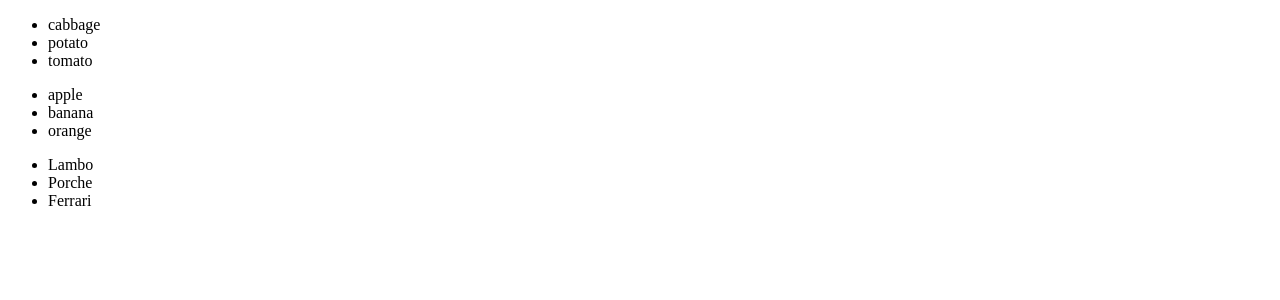
Repository: albinsabu2023/Stopwatch-program
Page: index.html
These files come from the project's save history. The page is drawn as it stood at one moment and after the next save; the edit follows.
The browser window is 1280 px wide. The pictures show the whole page.

Above is the page before, as saved 2023-03-03 15:05:53.
Console error: TypeError: Cannot read properties of null (reading 'parentElement')

### index.html
<!DOCTYPE html>

<head>
    <meta charset="UTF-8">
    <meta http-equiv="X-UA-Compatible" content="IE=edge">
    <meta name="viewport" content="width=device-width, initial-scale=1.0">
    <link rel="stylesheet" href="style.css">
    <title>Document</title>
</head>

    <ul class="vegatables">
        <li>cabbage</li>
        <li>potato</li>
        <li>tomato</li>
    </ul>
    <ul class="fruits">
        <li>apple</li>
        <li>banana</li>
        <li>orange</li>
    </ul>
    <ul class="cars">
        <li>Lambo</li>
        <li>Porche</li>
        <li>Ferrari</li>
    </ul>
    <script src="index.js"></script>
</body>
</html>

### style.css
.c-1{
    padding: 30px;
    border: 2px solid gray;
    border-radius: 5px;
    background-color: aquamarine;
}
#cel,#far{
    margin-bottom: 20px;
}
#submit{
    background-color: blanchedalmond;
    border:none;
    display: felx;
    background-color: aqua;

}
#submit:hover{
    background-color: blue;

}

### index.js
let element = document.querySelector("#vegatables");
let parent = element.parentElement;
parent.style.backgroundColor = "lightgreen";

After the next save:
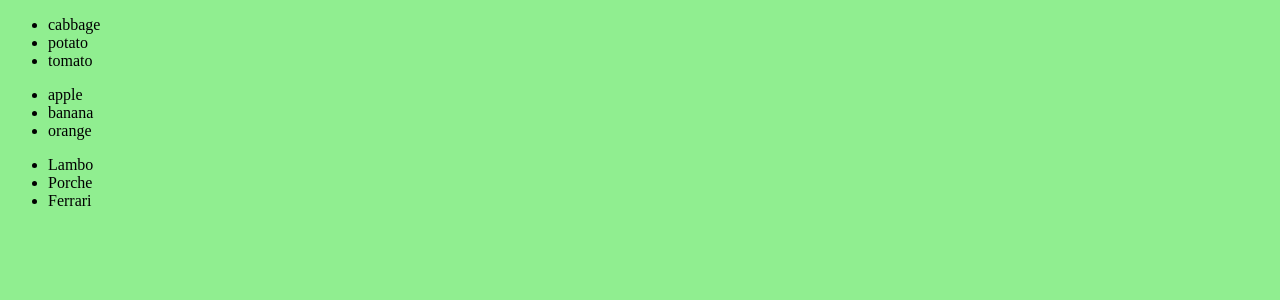
The error is gone.
Saved 26 s later.
--- a/index.html
+++ b/index.html
@@ -8,17 +8,17 @@
     <title>Document</title>
 </head>
 
-    <ul class="vegatables">
+    <ul id="vegatables">
         <li>cabbage</li>
         <li>potato</li>
         <li>tomato</li>
     </ul>
-    <ul class="fruits">
+    <ul id="fruits">
         <li>apple</li>
         <li>banana</li>
         <li>orange</li>
     </ul>
-    <ul class="cars">
+    <ul id="cars">
         <li>Lambo</li>
         <li>Porche</li>
         <li>Ferrari</li>
